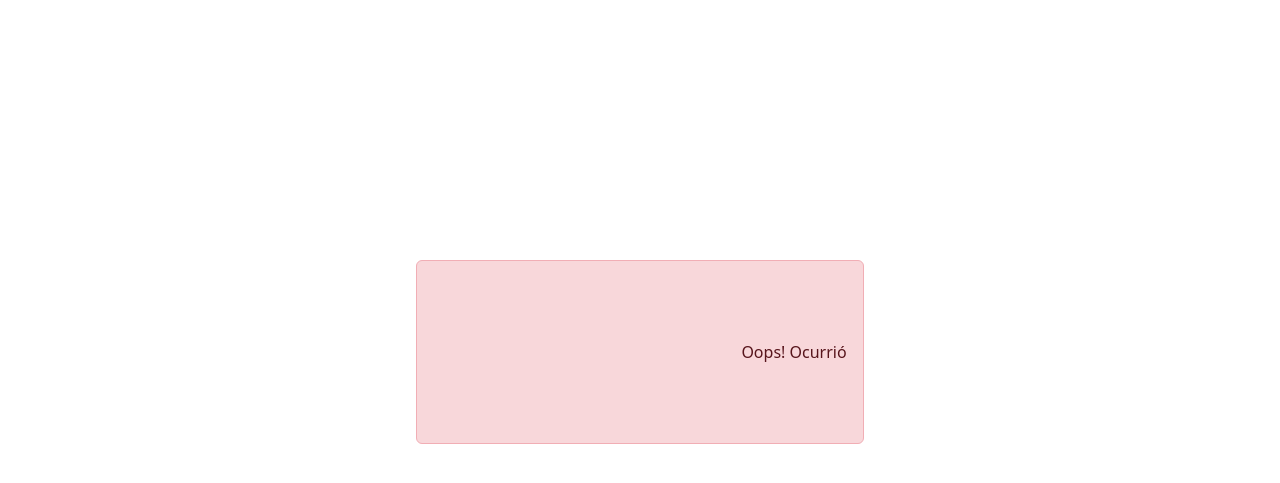
Repository: ikabeee/quesosAppSM41
Page: /
An editor plug-in stored every save of this project. The page is shown before and after the next save, followed by the edit.
The browser window is 1280 px wide. The pictures show the whole page.
The page's requests for data from a server got no answer. The project was rebuilt for these pictures with package versions that can differ from the ones it lists, and the page was loaded fresh each time. No one was signed in, and anything a server would have sent is missing. Also part of the build but not shown: vite.config.ts.

Above is the page before, as saved 2024-10-11 07:53:55.

### src/App.tsx
//Primera lineas se importan las librerias y assets
import { useState } from 'react'
import './App.css'
import 'bootstrap/dist/css/bootstrap.min.css'
//Importacion de componentes

import AtmosphericConditions from './components/AtmosphericConditions';
import ExampleAxios from './components/ExampleAxios';
function App() {


  return (
    //<> Contenedores influyen en el diseno y son con la etiqueta <>
    <>
    <ExampleAxios/>
    </>
  )
}

export default App;

### src/components/ExampleAxios.tsx
import axios from "axios";
import { useEffect, useState } from "react";

function ExampleAxios() {

    const [data, setData] = useState([]);
    const [loading, setLoading] = useState(true);
    const [error, setError] = useState(null);
    useEffect(() => { //useEffect siempre espera una respuesta

        const dataList = async () => {
            try {
                const response = await axios.get('https://pokeap.co/api/v2/pokemon?limit=100000&offset=0')
                setData(response.data) //.data trae el formato
                console.log(data);
            } catch (errors: any) { //CAcha el error
                setError(errors)
            } finally { //Desaparece el spinner
                setLoading(false)
            }

        }
        dataList() //Invocas al evento
    }, [])

    if (loading) return (
        <div className="d-flex align-items-center">
            <strong role="status">Loading...</strong>
            <div className="spinner-border ms-auto" aria-hidden="true"></div>
        </div>
    )
    if (error) {
        return (
            <div className="alert alert-danger d-flex align-items-center" role="alert">
                <svg className="bi flex-shrink-0 me-2" role="img" aria-label="Danger:"><use xlink:href="#exclamation-triangle-fill" /></svg>
                <div>
                    Oops! Ocurrió
                </div>
            </div>
        )
    }
    return (
        <h1>Lista de datos</h1>
    );
}

export default ExampleAxios;

Loaded but not shown: index.html (common file); src/main.tsx (common file); src/index.css (common file); src/App.css (common file)

After the next save:
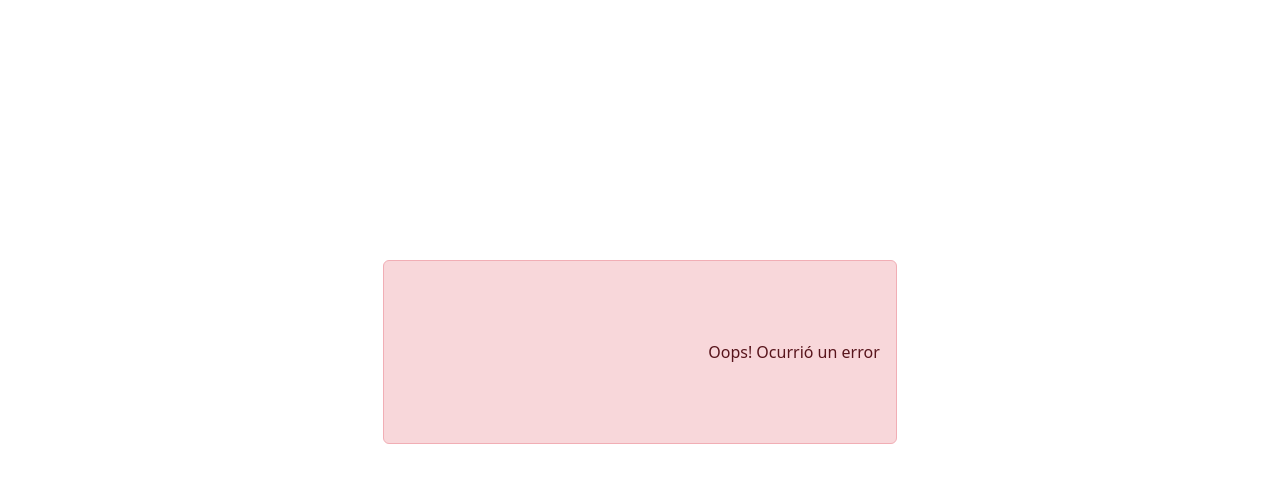
Saved 10 s later.
--- a/src/components/ExampleAxios.tsx
+++ b/src/components/ExampleAxios.tsx
@@ -34,7 +34,7 @@ function ExampleAxios() {
             <div className="alert alert-danger d-flex align-items-center" role="alert">
                 <svg className="bi flex-shrink-0 me-2" role="img" aria-label="Danger:"><use xlink:href="#exclamation-triangle-fill" /></svg>
                 <div>
-                    Oops! Ocurrió
+                    Oops! Ocurrió un error  {error.mesagge}
                 </div>
             </div>
         )
